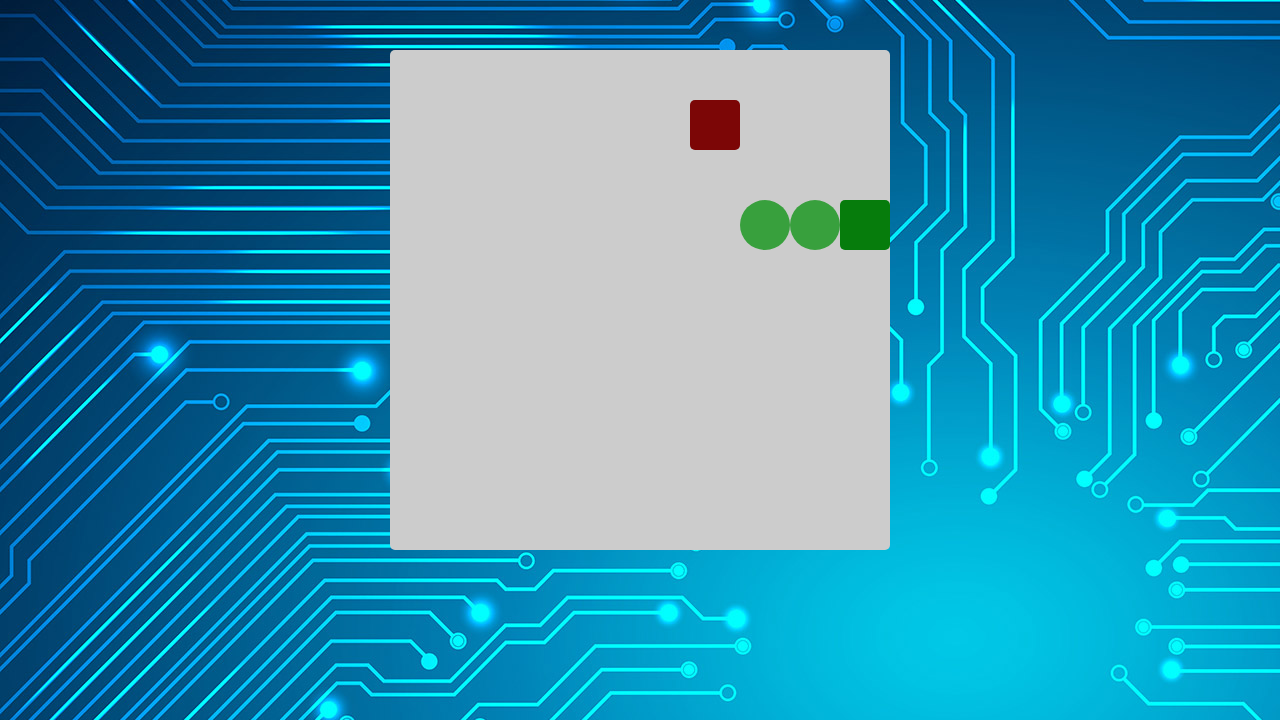
Repository: elvinyeka/SnakeGame
Page: index.html
An editor plug-in stored every save of this project. The page is shown before and after the next save, followed by the edit.
The browser window is 1280 px wide. The pictures show the whole page.

Above is the page before, as saved 2020-11-08 19:13:36.

After the next save:
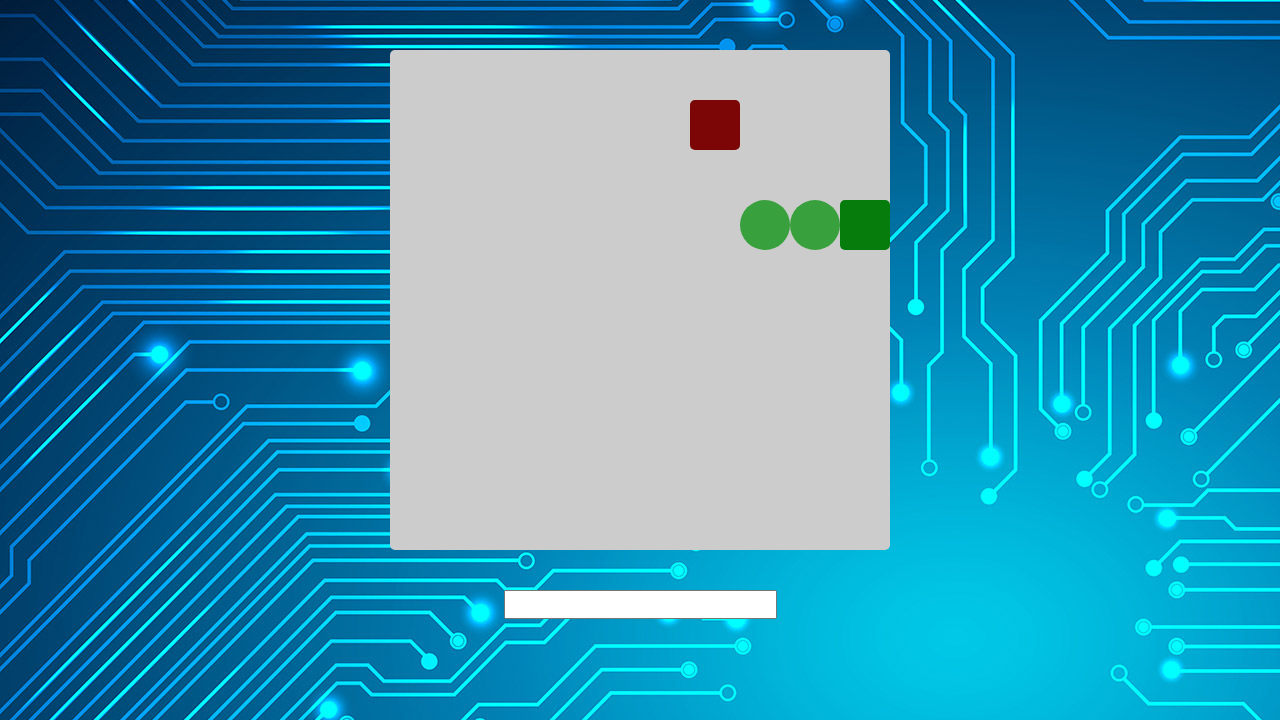
Saved 33 min 9 s later.
--- a/js/snake.js
+++ b/js/snake.js
@@ -65,6 +65,17 @@ createFood();
 
 var direction = 'right';
 var steps = 'false';
+
+var input = document.createElement('input');
+document.body.appendChild(input);
+input.style.cssText = `
+margin: auto;
+margin-top:40px;
+font-size: 20px;
+display:block;
+`;
+
+var score  = 0;
 
 
 function move() {
